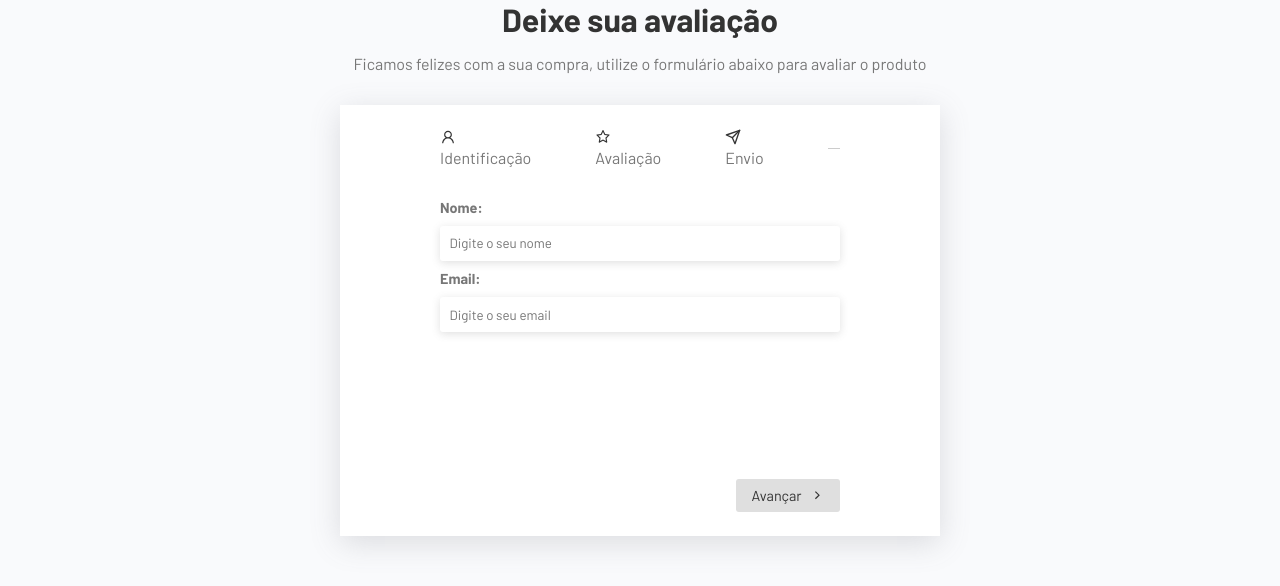
Repository: Bitroia/multistep_form_react
Page: / (app in multistep_form_react/)
An editor plug-in stored every save of this project. The page is shown before and after the next save, followed by the edit.
The browser window is 1280 px wide. The pictures show the whole page.
The project was rebuilt for these pictures with package versions that can differ from the ones it lists, and the page was loaded fresh each time. Also part of the build but not shown: multistep_form_react/vite.config.js, multistep_form_react/src/components/ReviewForm.jsx, multistep_form_react/src/components/Thanks.jsx.

Above is the page before, as saved 2026-06-12 14:29:42.

After the next save:
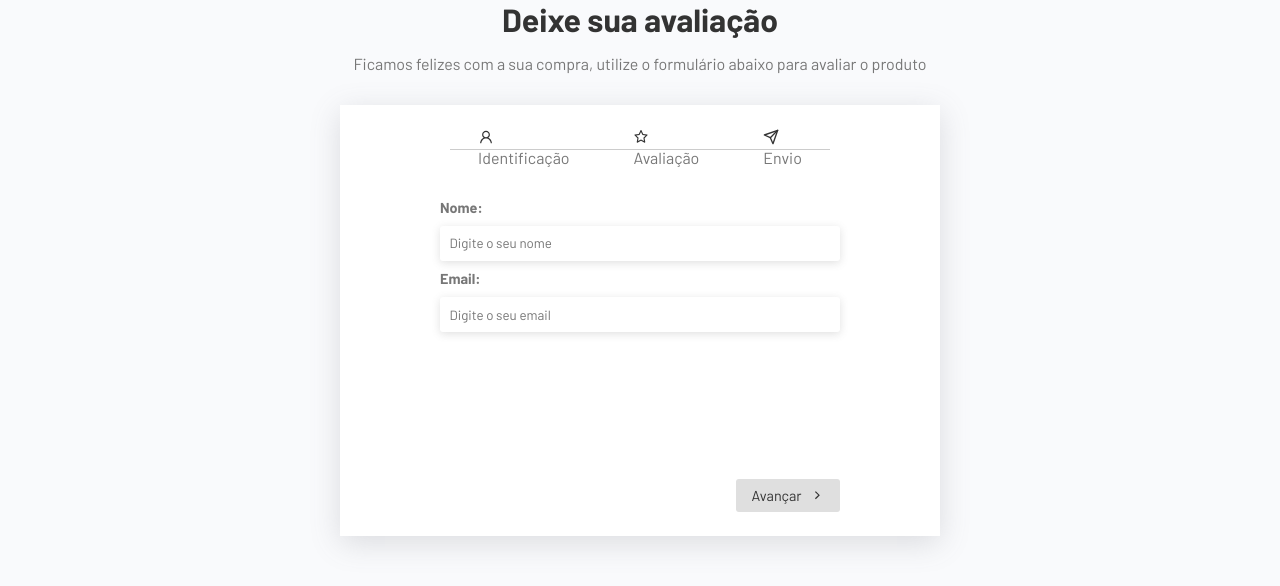
Saved 6 s later.
--- a/multistep_form_react/src/components/Steps.css
+++ b/multistep_form_react/src/components/Steps.css
@@ -13,5 +13,6 @@
     content: "";
     width: 380px;
     border-bottom: 1px solid #ccc;
-    pos
+    position: absolute;
+    top: 20px;
 }
